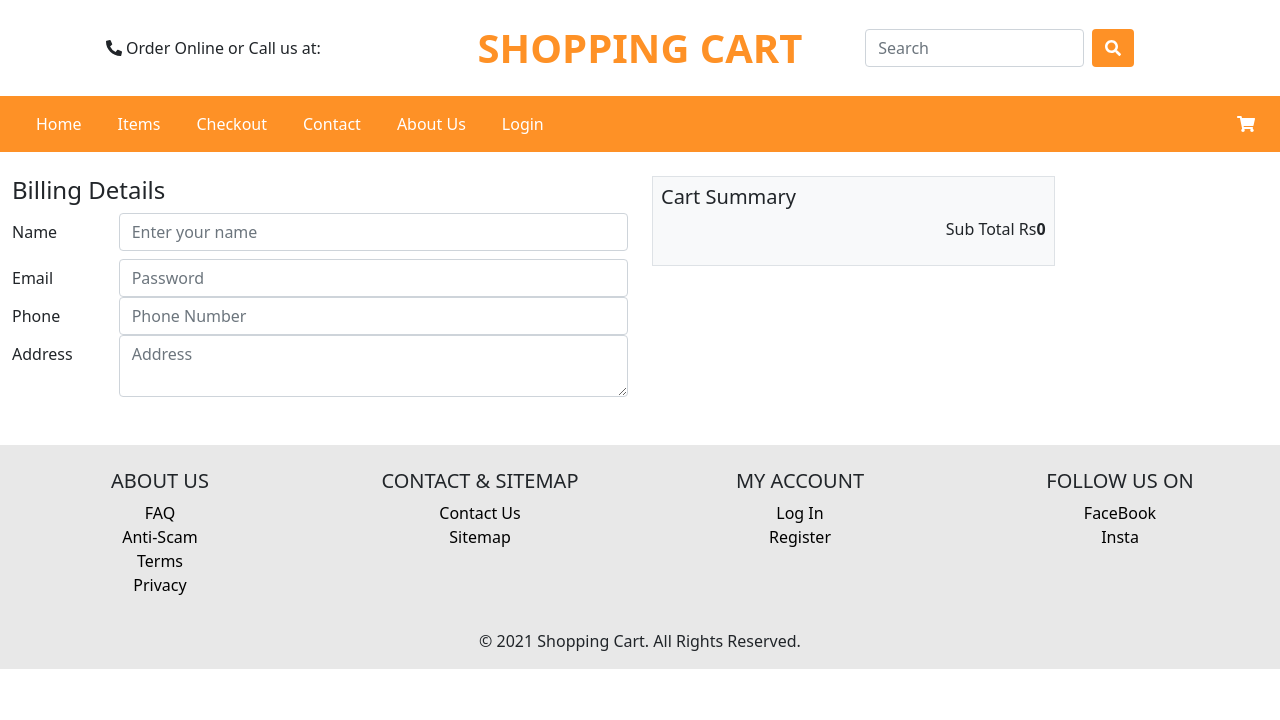
Repository: SaudCh/React-Ecommerce
Page: /checkout
The author's editor kept a copy of each file at every save. The page is drawn from the files as they stood at one save, then again after the next save.
The browser window is 1280 px wide. The pictures show the whole page.
The project was rebuilt for these pictures with package versions that can differ from the ones it lists, and the page was loaded fresh each time. Also part of the build but not shown: src/App.css, src/Home/Carousel.jsx, src/data/items.js, src/data/discounted.js, src/Home/Card.jsx, src/Home/home.jsx, src/Login/Login.jsx, src/Register/register.jsx and 5 more.

Above is the page before, as saved 2021-12-27 22:27:29.

### src/App.js
import "./App.css";
import Header from "./Header/Header";
import "../node_modules/bootstrap/dist/css/bootstrap.min.css";
import "../node_modules/bootstrap/dist/js/bootstrap.bundle.min";
import Home from "./Home/home";
import { BrowserRouter, Switch, Route } from "react-router-dom";
import Login from "./Login/Login";
import Register from "./Register/register";
import Item from "./Item/item";
import Footer from "./Footer/Footer";
import React, { useState } from "react";
import Cart from "./Cart/Cart";
import CheckOut from "./CheckOut/CheckOut";
import Items from "./AllItems/items";

function App() {
  const [cart, setCart] = useState([]);
  const cartHandler = (prod) => {
    //console.log(prod);
    let newProd = prod
    newProd['quantity'] = 1
    setCart((product) => [...product, newProd]);
    //console.log(cart);
  };
  const removeCart = (id) => {
    //console.log(id);
    setCart((c) => {
      return c.filter((ca) => ca.id !== id);
    });
  };
  return (
    <BrowserRouter>
      <Header cart={cart} />
      <Switch>
        <Route path="/" exact>
          <Home cartHandler={cartHandler} />
        </Route>
        <Route path="/product/:pid" exact>
          <Item />
        </Route>
        <Route path="/products" exact>
          <Items cartHandler={cartHandler} />
        </Route>
        <Route path="/login" exact>
          <Login />
        </Route>
        <Route path="/register" exact>
          <Register />
        </Route>
        <Route path="/cart" exact>
          {/* <Register /> */}
          <Cart cart={cart} removeCart={removeCart} />
        </Route>
        <Route path="/checkout" exact>
          <CheckOut cart={cart} />
        </Route>
      </Switch>
      <Footer />
    </BrowserRouter>
  );
}

export default App;

### src/Header/Header.jsx
import {
  faPhoneAlt,
  faSearch,
  faShoppingCart,
} from "@fortawesome/free-solid-svg-icons";
import { FontAwesomeIcon } from "@fortawesome/react-fontawesome";
import React from "react";
import { Link } from "react-router-dom";
import "./Header.css";

export default function Header(props) {
  return (
    <div>
      <nav className="container-fluid  my-4">
        <div className="row align-items-center">
          <div className="col-12 col-md-4 my-2 my-lg-0 text-center ">
            <p className="m-0 p-0">
              <FontAwesomeIcon icon={faPhoneAlt} /> Order Online or Call us at:{" "}
            </p>
          </div>
          <div className="col-12 col-md-4 my-2 my-lg-0 text-center">
            <p className="m-0 fw-bold h1" style={{ color: "#fe9126" }}>
              SHOPPING CART
            </p>
          </div>
          <div className="col-12 col-md-4 my-2 my-lg-0 text-center">
            <form class="d-flex col-12 col-lg-8">
              <input
                class="form-control me-2"
                type="search"
                placeholder="Search"
                aria-label="Search"
              />
              <button
                class="btn text-white"
                style={{ backgroundColor: "#fe9126" }}
                type="submit"
              >
                <FontAwesomeIcon icon={faSearch} />
              </button>
            </form>
          </div>
        </div>
      </nav>
      <nav
        class="navbar navbar-expand-md navbar-dark"
        style={{ backgroundColor: "#fe9126" }}
      >
        <div class="container-fluid">
          <Link class="navbar-brand" href="#"></Link>

          <button
            class="navbar-toggler"
            type="button"
            data-bs-toggle="collapse"
            data-bs-target="#navbarSupportedContent"
            aria-controls="navbarSupportedContent"
            aria-expanded="false"
            aria-label="Toggle navigation"
          >
            <span class="navbar-toggler-icon"></span>
          </button>
          <div class="collapse navbar-collapse" id="navbarSupportedContent">
            <ul class="navbar-nav me-auto mb-2 mb-lg-0 nav-ul">
              <li class="nav-item">
                <Link class="nav-link  text-white" aria-current="page" to="/">
                  Home
                </Link>
              </li>
              <li class="nav-item">
                <Link class="nav-link  text-white" to="/products">
                  Items
                </Link>
              </li>

              <li class="nav-item">
                <Link
                  class="nav-link text-white"
                  to="/checkout"
                  tabindex="-1"
                  aria-disabled="true"
                >
                  Checkout
                </Link>
              </li>
              <li class="nav-item">
                <Link
                  class="nav-link text-white"
                  to="#"
                  tabindex="-1"
                  aria-disabled="true"
                >
                  Contact
                </Link>
              </li>
              <li class="nav-item">
                <Link
                  class="nav-link text-white"
                  to="#"
                  tabindex="-1"
                  aria-disabled="true"
                >
                  About Us
                </Link>
              </li>
              <li class="nav-item">
                <Link
                  class="nav-link text-white"
                  to="/login"
                  tabindex="-1"
                  aria-disabled="true"
                >
                  Login
                </Link>
              </li>
            </ul>
            <Link to="/cart" className="btn text-white">
              <FontAwesomeIcon icon={faShoppingCart} />
              {props.cart.length ? (
                <span
                  className="bg-danger"
                  style={{
                    borderRadius: "50%",
                    position: "absolute",
                    top: 10,
                    right: 10,
                    height: 20,
                    width: 20,
                    display: "flex",
                    alignItems: "center",
                    justifyContent: "center",
                  }}
                >
                  {props.cart.length}
                </span>
              ) : null}
            </Link>
          </div>
        </div>
      </nav>
    </div>
  );
}

### src/Footer/Footer.jsx
import React from "react";
import "./footer.css";

export default function Footer() {
  return (
    <footer
      style={{ backgroundColor: "#e8e8e8" }}
      class="page-footer font-small blue pt-4 mt-5"
    >
      <div class="container-fluid text-center text-md-left">
        <div class="row">
          <div class="col-md-3 mb-md-0 mb-3">
            <h5 class="text-uppercase">ABOUT US</h5>

            <ul class="list-unstyled">
              <li>
                <a href="#!">FAQ</a>
              </li>
              <li>
                <a href="#!">Anti-Scam</a>
              </li>
              <li>
                <a href="#!">Terms</a>
              </li>
              <li>
                <a href="#!">Privacy</a>
              </li>
            </ul>
          </div>
          <div class="col-md-3 mb-md-0 mb-3">
            <h5 class="text-uppercase">CONTACT & SITEMAP</h5>

            <ul class="list-unstyled">
              <li>
                <a href="#!">Contact Us</a>
              </li>
              <li>
                <a href="#!">Sitemap</a>
              </li>
            </ul>
          </div>
          <div class="col-md-3 mb-md-0 mb-3">
            <h5 class="text-uppercase">MY ACCOUNT</h5>

            <ul class="list-unstyled">
              <li>
                <a href="#!">Log In</a>
              </li>
              <li>
                <a href="#!">Register</a>
              </li>
            </ul>
          </div>

          <div class="col-md-3 mb-md-0 mb-3">
            <h5 class="text-uppercase">FOLLOW US ON</h5>

            <ul class="list-unstyled">
              <li>
                <a href="#!">FaceBook</a>
              </li>
              <li>
                <a href="#!">Insta</a>
              </li>
            </ul>
          </div>
        </div>
      </div>

      <div class="footer-copyright text-center py-3">
        © 2021 Shopping Cart. All Rights Reserved.
      </div>
    </footer>
  );
}

### src/CheckOut/CheckOut.jsx
import React, { useEffect, useState } from "react";

export default function CheckOut(props) {
  const { cart } = props;
  const [total, setTotal] = useState(0);
  useEffect(() => {
    let tot = 0;
    cart.map((e) => (tot = parseInt(e.price) + tot));
    setTotal(tot);
  }, [cart]);
  return (
    <div className="container-fluid mt-4">
      <div className="row">
        <div className="col-6">
          <h4>Billing Details</h4>
          <form action="">
            <div class="form-group mb-2 row">
              <label for="name" class="col-sm-2 col-form-label">
                Name
              </label>
              <div class="col-sm-10">
                <input
                  type="text"
                  class="form-control"
                  id="name"
                  placeholder="Enter your name"
                />
              </div>
            </div>
            <div class="form-group row">
              <label for="inputPassword" class="col-sm-2 col-form-label">
                Email
              </label>
              <div class="col-sm-10">
                <input
                  type="email"
                  class="form-control"
                  id="inputPassword"
                  placeholder="Password"
                />
              </div>
            </div>
            <div class="form-group row">
              <label for="inputPassword" class="col-sm-2 col-form-label">
                Phone
              </label>
              <div class="col-sm-10">
                <input
                  type="text"
                  class="form-control"
                  id="inputPassword"
                  placeholder="Phone Number"
                />
              </div>
            </div>
            <div class="form-group row">
              <label for="inputPassword" class="col-sm-2 col-form-label">
                Address
              </label>
              <div class="col-sm-10">
                <textarea
                  type="password"
                  class="form-control"
                  id="inputPassword"
                  placeholder="Address"
                ></textarea>
              </div>
            </div>
          </form>
        </div>
        <div className="col-4">
          <div className="border bg-light p-2">
            <h5>Cart Summary</h5>
            <ul style={{ listStyle: "none" }}>
              {cart.map((e) => (
                <li className="border-bottom my-3">
                  <div className="d-flex justify-content-between">
                    <div>
                      <strong>
                        {e.quantity} x {e.name.substr(0, 30)}...
                      </strong>
                    </div>
                    <div>Rs {e.price * e.quantity}</div>
                  </div>
                </li>
              ))}
              <li className="text-end">
                Sub Total Rs<strong>{total}</strong>
              </li>
            </ul>
          </div>
        </div>
      </div>
    </div>
  );
}

### src/Header/Header.css
.nav-ul li {
  margin-right: 20px;
}

### src/Footer/footer.css
* {
  margin: 0;
  padding: 0;
}
.links {
  color: black;
  text-decoration: none;
}
.links:hover {
  color: black;
}

footer a {
  color: black;
  text-decoration: none;
}
footer a:hover {
  color: black;
}

Loaded but not shown: public/index.html (common file); src/index.js (common file); src/reportWebVitals.js (common file)

After the next save:
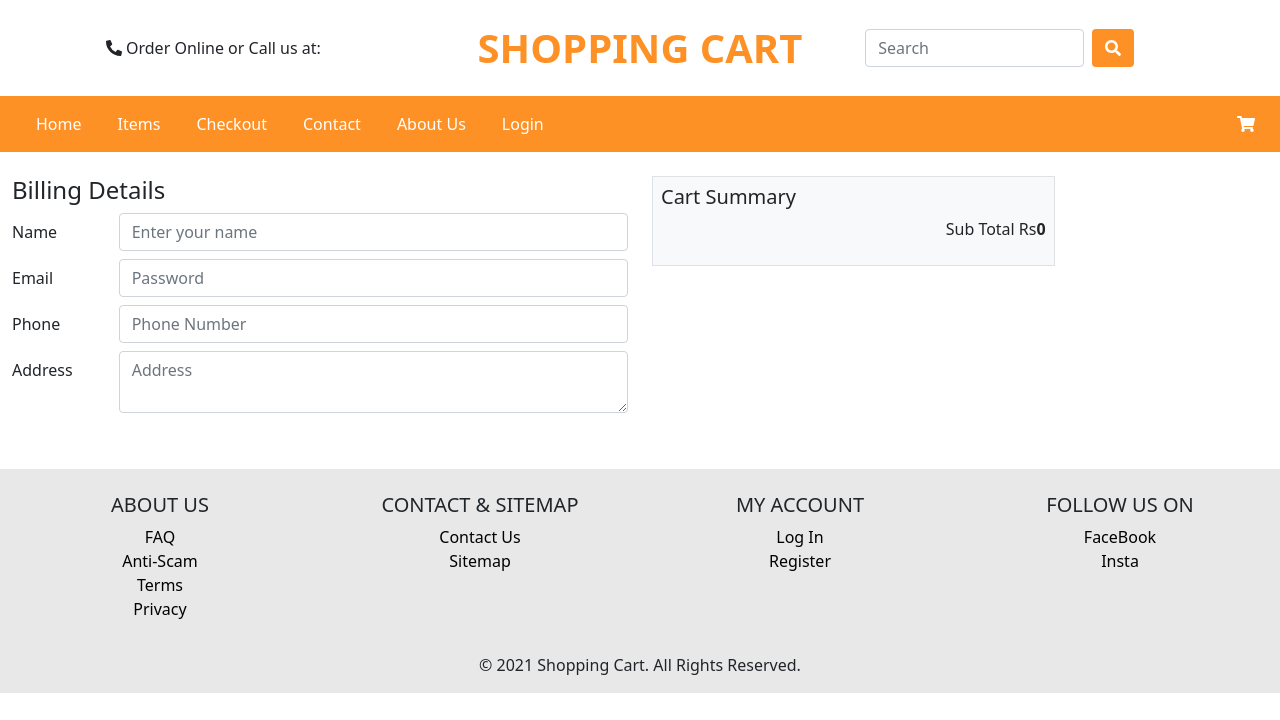
Saved 18 s later.
--- a/src/CheckOut/CheckOut.jsx
+++ b/src/CheckOut/CheckOut.jsx
@@ -27,7 +27,7 @@ export default function CheckOut(props) {
                 />
               </div>
             </div>
-            <div class="form-group row">
+            <div class="form-group  mb-2 row">
               <label for="inputPassword" class="col-sm-2 col-form-label">
                 Email
               </label>
@@ -40,7 +40,7 @@ export default function CheckOut(props) {
                 />
               </div>
             </div>
-            <div class="form-group row">
+            <div class="form-group mb-2 row">
               <label for="inputPassword" class="col-sm-2 col-form-label">
                 Phone
               </label>
@@ -53,7 +53,7 @@ export default function CheckOut(props) {
                 />
               </div>
             </div>
-            <div class="form-group row">
+            <div class="form-group mb-2 row">
               <label for="inputPassword" class="col-sm-2 col-form-label">
                 Address
               </label>
